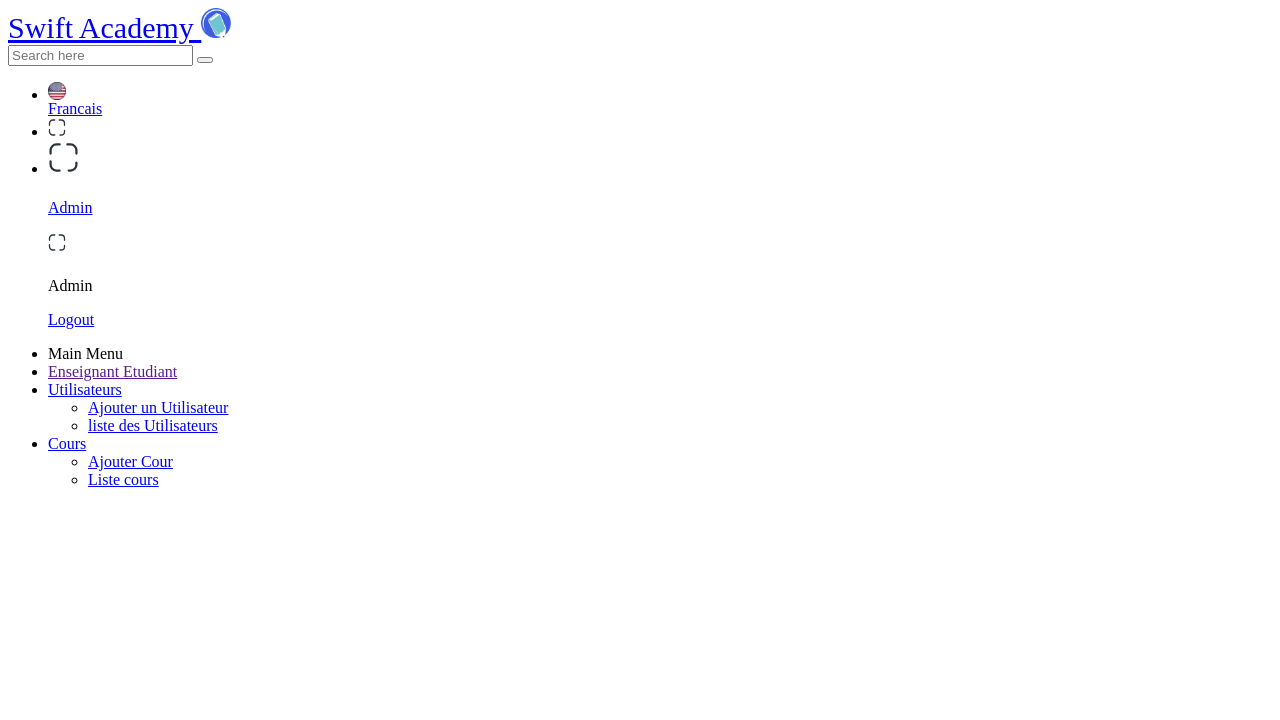
Repository: djadame/Projet
Page: templates/_partiels/navAdministrateur.html
These files come from the project's save history. The page is drawn as it stood at one moment and after the next save; the edit follows.
The browser window is 1280 px wide. The pictures show the whole page.
The page is served by the project's application, run on Django 4.2 (manage.py). The template is opened directly, without the code that normally fills it, so the values that code supplies are empty.

Above is the page before, as saved 2023-08-23 02:15:28.

After the next save:
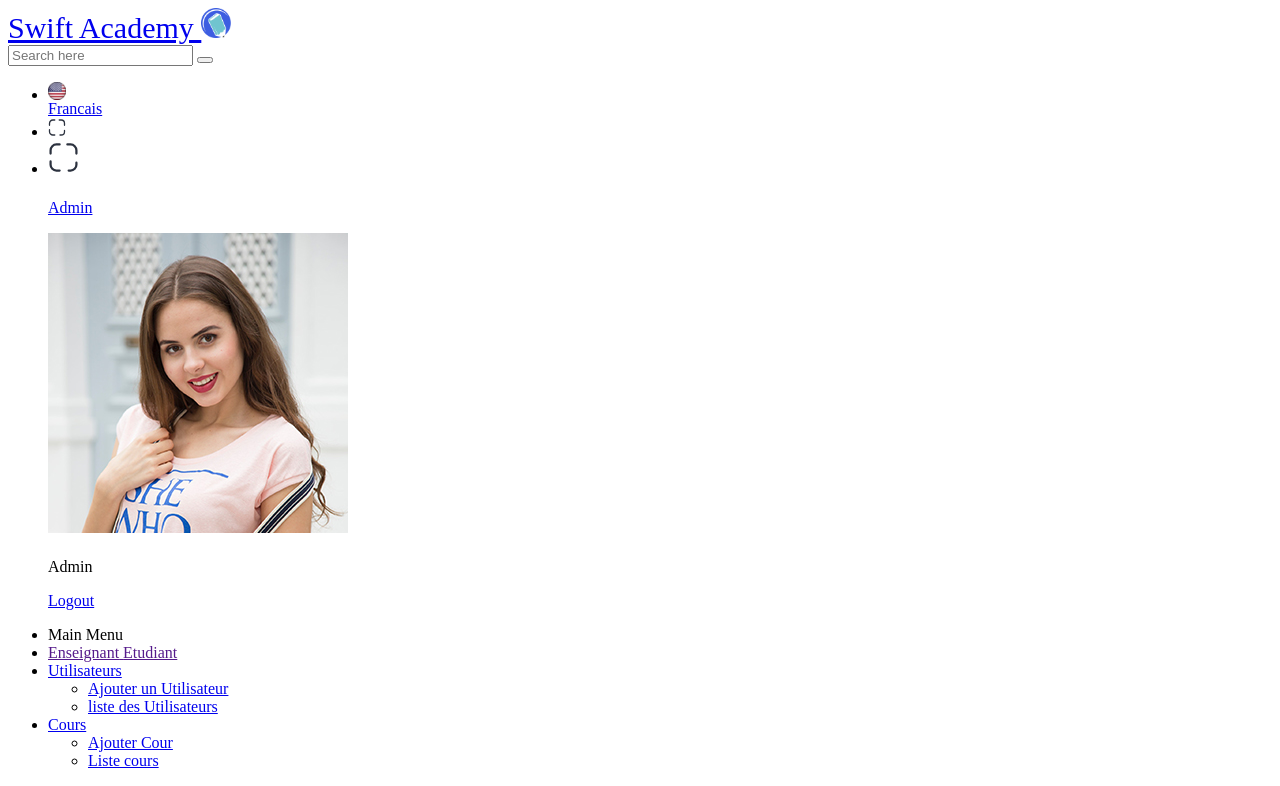
Saved 28 s later.
--- a/templates/_partiels/navAdministrateur.html
+++ b/templates/_partiels/navAdministrateur.html
@@ -71,7 +71,7 @@
               <div class="dropdown-menu">
                   <div class="user-header">
                       <div class="avatar avatar-sm">
-                          <img src="{% static 'assets/img/icons/header-icon-04.svg' %}" alt="User Image"
+                          <img src="{% static 'assets/img/user-7.jpg' %}" alt="User Image"
                               class="avatar-img rounded-circle">
                       </div>
                       <div class="user-text">
